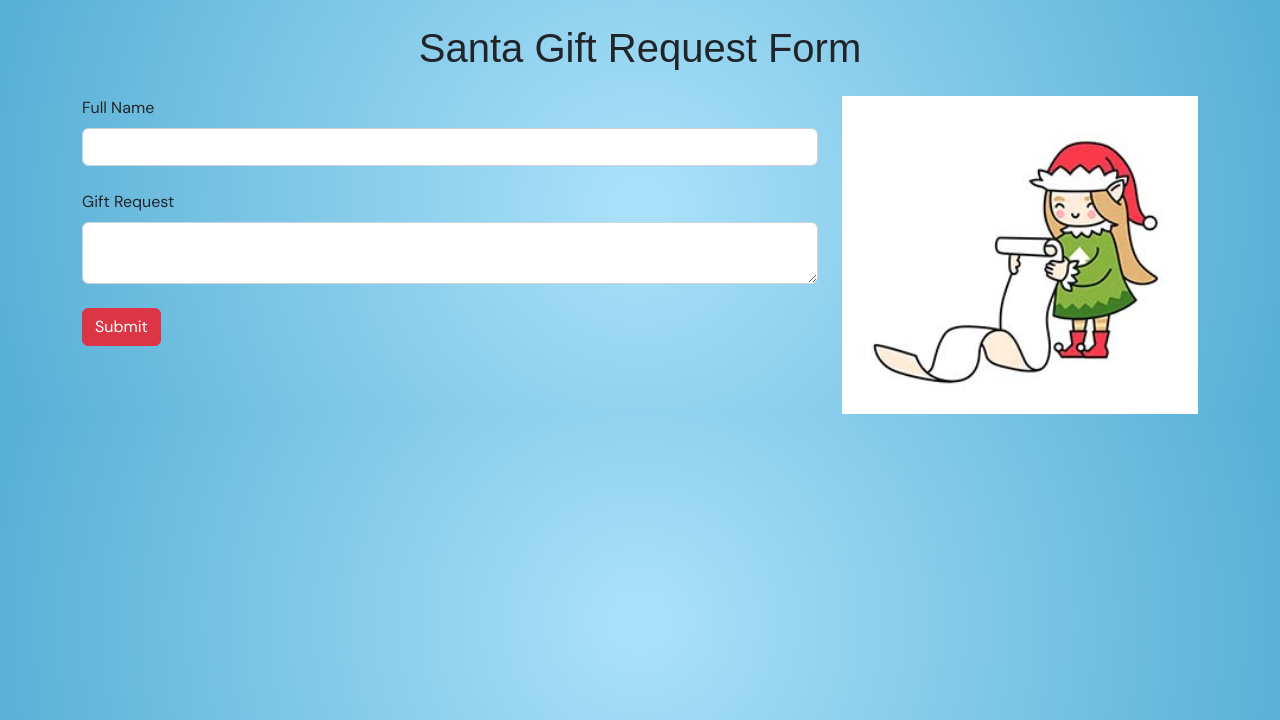
Repository: sarahlochhead/check-santas-list
Page: check-santas-list.html
An editor plug-in stored every save of this project. The page is shown before and after a run of saves, followed by the edit.
The browser window is 1280 px wide. The pictures show the whole page.
Some web fonts or font styles are not loaded; a fallback is used.

Above is the page before, as saved 2023-11-24 20:25:46.

After the next 3 saves:
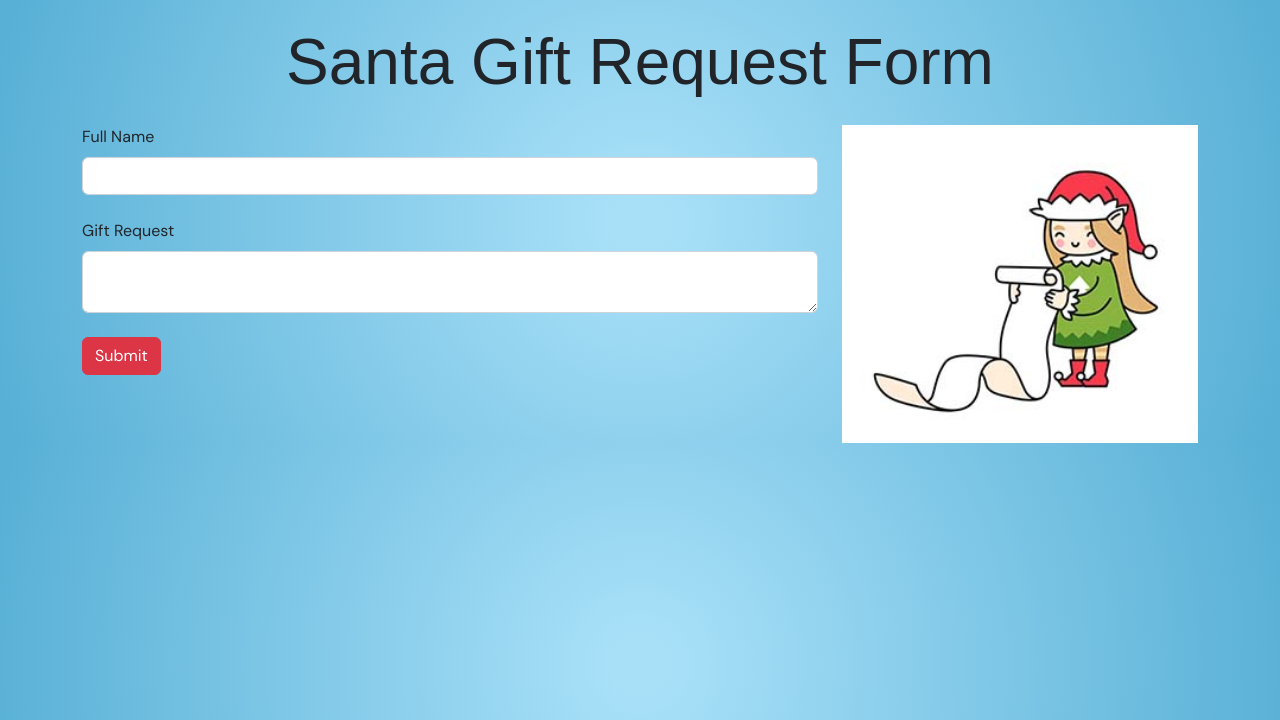
The 3 saves are shown as one change because they came seconds apart.
The last was saved 10 s later.
--- a/css/styles.css
+++ b/css/styles.css
@@ -17,4 +17,6 @@ background: radial-gradient(circle, rgba(168,224,248,1) 4%, rgba(88,176,214,1) 9
 }
 
 /* header */
-f
+h1 {
+    font-size: 4rem;
+}
